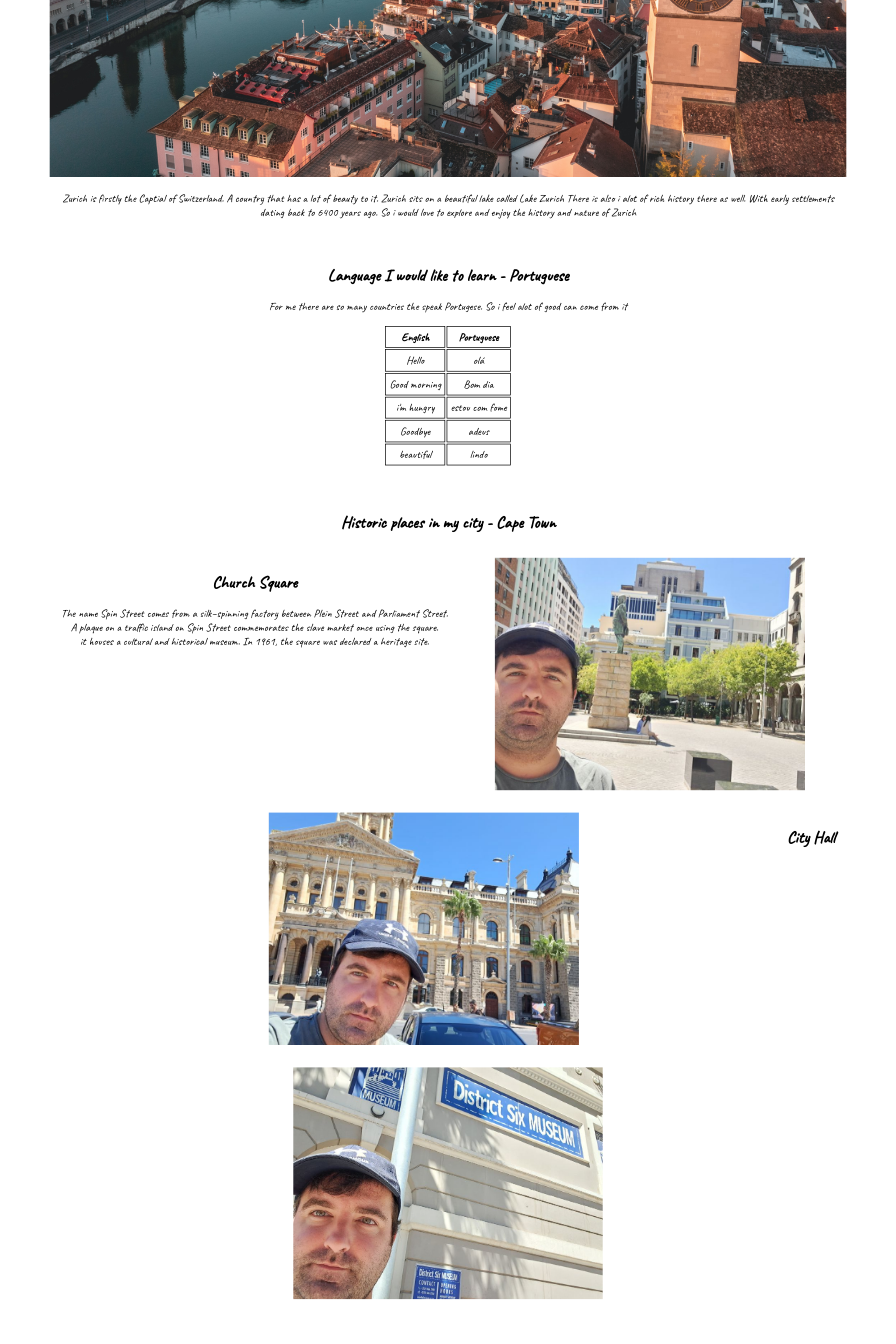
Repository: lasity34/basic-webpage
Page: index.html
An editor plug-in stored every save of this project. The page is shown before and after the next save, followed by the edit.
The browser window is 1280 px wide. The pictures show the part of the page from y = 1247 to 3167 px (the page is 3167 px tall), at 70% of full size.

Above is the page before, as saved 2023-03-02 15:29:00.

### index.html
<!DOCTYPE html>
<html lang="en">
  <link rel="stylesheet" type="text/css" href="styles.css" />
  <link rel="preconnect" href="https://fonts.googleapis.com" />
  <link rel="preconnect" href="https://fonts.gstatic.com" crossorigin />
  <link
    href="https://fonts.googleapis.com/css2?family=Caveat&display=swap"
    rel="stylesheet"
  />
  <head>
    <meta charset="UTF-8" />
    <meta http-equiv="X-UA-Compatible" content="IE=edge" />
    <meta name="viewport" content="width=device-width, initial-scale=1.0" />
    <title>Bjorns Profile Reponsive</title>
  </head>
  <body>
    <main>
      <section id="profile_section">
        <h1 id="profile_name">Bjorn Worrall</h1>
        <div id="img_container">
          <img
            id="profile_img"
            src="./images/profile.jpg"
            alt="A picture of me with table Mountain at the back"
          />
        </div>
      </section>
      <section id="city_section">
        <h1>City i would like to visit - Zurich</h1>
        <img src="./images/zurich.jpg" width="100%" />
        <p>
          Zurich is firstly the Captial of Switzerland. A country that has a lot
          of beauty to it. Zurich sits on a beautiful lake called Lake Zurich
          There is also i alot of rich history there as well. With early
          settlements dating back to 6400 years ago. So i would love to explore
          and enjoy the history and nature of Zurich
        </p>
      </section>
      <section id="language">
        <h1>Language I would like to learn - Portuguese</h1>
        <p>
          For me there are so many countries the speak Portugese. So i feel alot
          of good can come from it
        </p>

        <table>
          <tr>
            <th>English</th>
            <th>Portuguese</th>
          </tr>
          <tr>
            <td>Hello</td>
            <td>olá</td>
          </tr>
          <tr>
            <td>Good morning</td>
            <td>Bom dia</td>
          </tr>
          <tr>
            <td>i'm hungry</td>
            <td>estou com fome</td>
          </tr>
          <tr>
            <td>Goodbye</td>
            <td>adeus</td>
          </tr>
          <tr>
            <td>beautiful</td>
            <td>lindo</td>
          </tr>
        </table>
      </section>
      <section>
        <h1>Historic places in my city - Cape Town</h1>
        <div class="places_container">
          <div class="places_info">
            <h2>Church Square</h2>
            <li>
              The name Spin Street comes from a silk–spinning factory between
              Plein Street and Parliament Street.
            </li>
            <li>
              A plaque on a traffic island on Spin Street commemorates the slave
              market once using the square.
            </li>
            <li>
              it houses a cultural and historical museum. In 1961, the square
              was declared a heritage site.
            </li>
          </div>
          <img src="./images/church_square.jpg" />
        </div>
        <div class="places_container">
            <img src="./images/city_hall.jpg" />
          <h2>City Hall</h2>
        </div>
        <div class="places_container">
          <img src="./images/district_6.jpg" />
        </div>
      </section>
    </main>
  </body>
</html>

### styles.css
/* global */

* {
  font-family: "Caveat", "Arial Narrow", Arial, sans-serif;
}

main {
  max-width: 90%;
  margin: 3rem auto;
}

li {
  list-style: none;
}

section {
  margin-top: 4rem;
  text-align: center;
}

/* profile */

#profile_name {
  font-size: 1.4rem;
  text-align: center;
}

#img_container {
  text-align: center;
}

#profile_img {
  width: 60%;
}

/* language */

table {
  margin: auto;
}

td,
th {
  border: 1px solid black;
  padding: 0.3em;
}

/* historic places */

.places_container {
  display: flex;
  padding: 1em;
  justify-content: space-around;
}

.places_info {
    padding-right: 1.5em;
}

.places_container img {
  width: 40%;
  height: 40%;
  margin: auto;
}

After the next save:
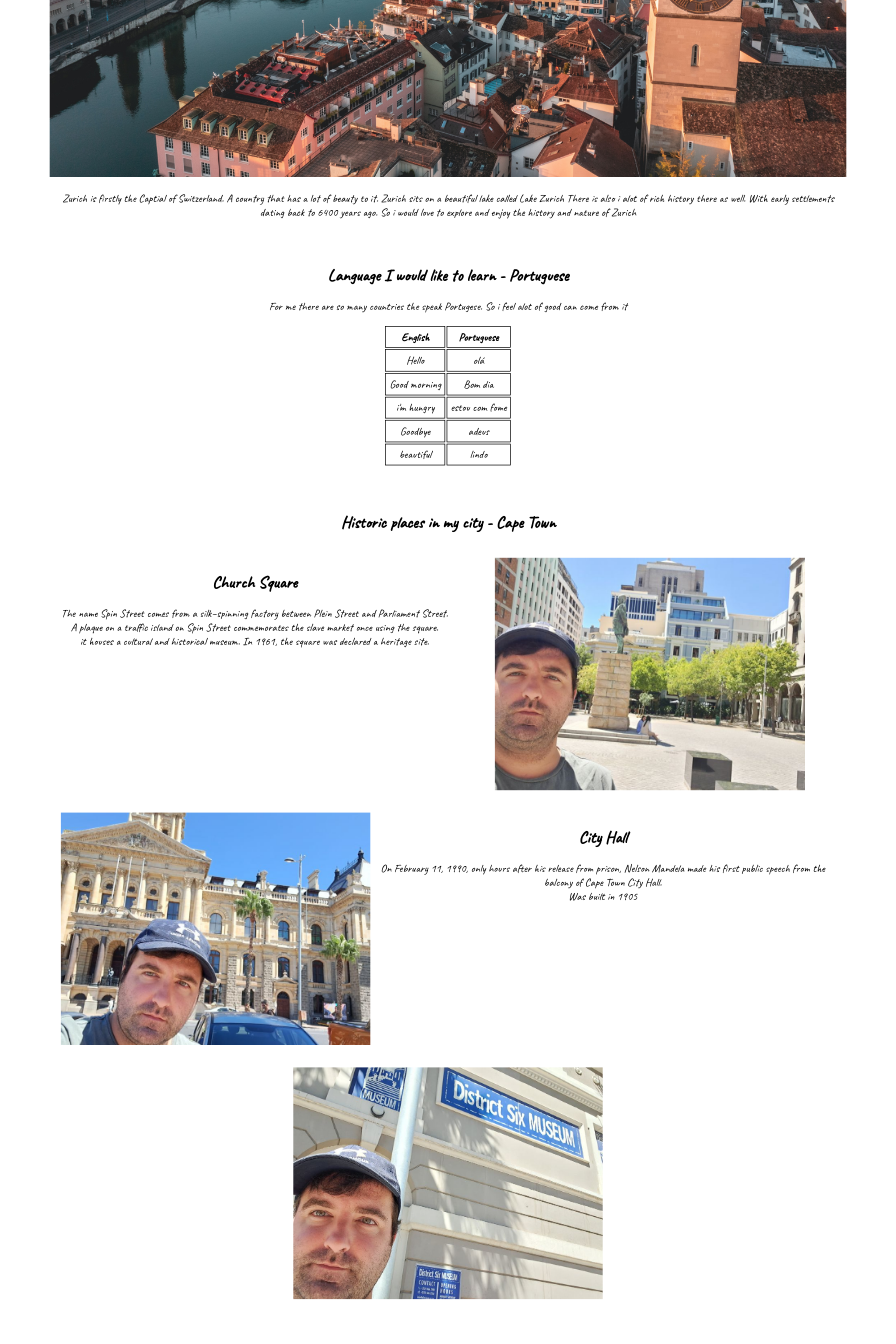
Saved 65 s later.
--- a/index.html
+++ b/index.html
@@ -91,8 +91,16 @@
           <img src="./images/church_square.jpg" />
         </div>
         <div class="places_container">
-            <img src="./images/city_hall.jpg" />
-          <h2>City Hall</h2>
+          <img src="./images/city_hall.jpg" />
+          <div>
+            <h2>City Hall</h2>
+            <li>
+              On February 11, 1990, only hours after his release from prison,
+              Nelson Mandela made his first public speech from the balcony of
+              Cape Town City Hall.
+            </li>
+            <li>Was built in 1905</li>
+          </div>
         </div>
         <div class="places_container">
           <img src="./images/district_6.jpg" />
